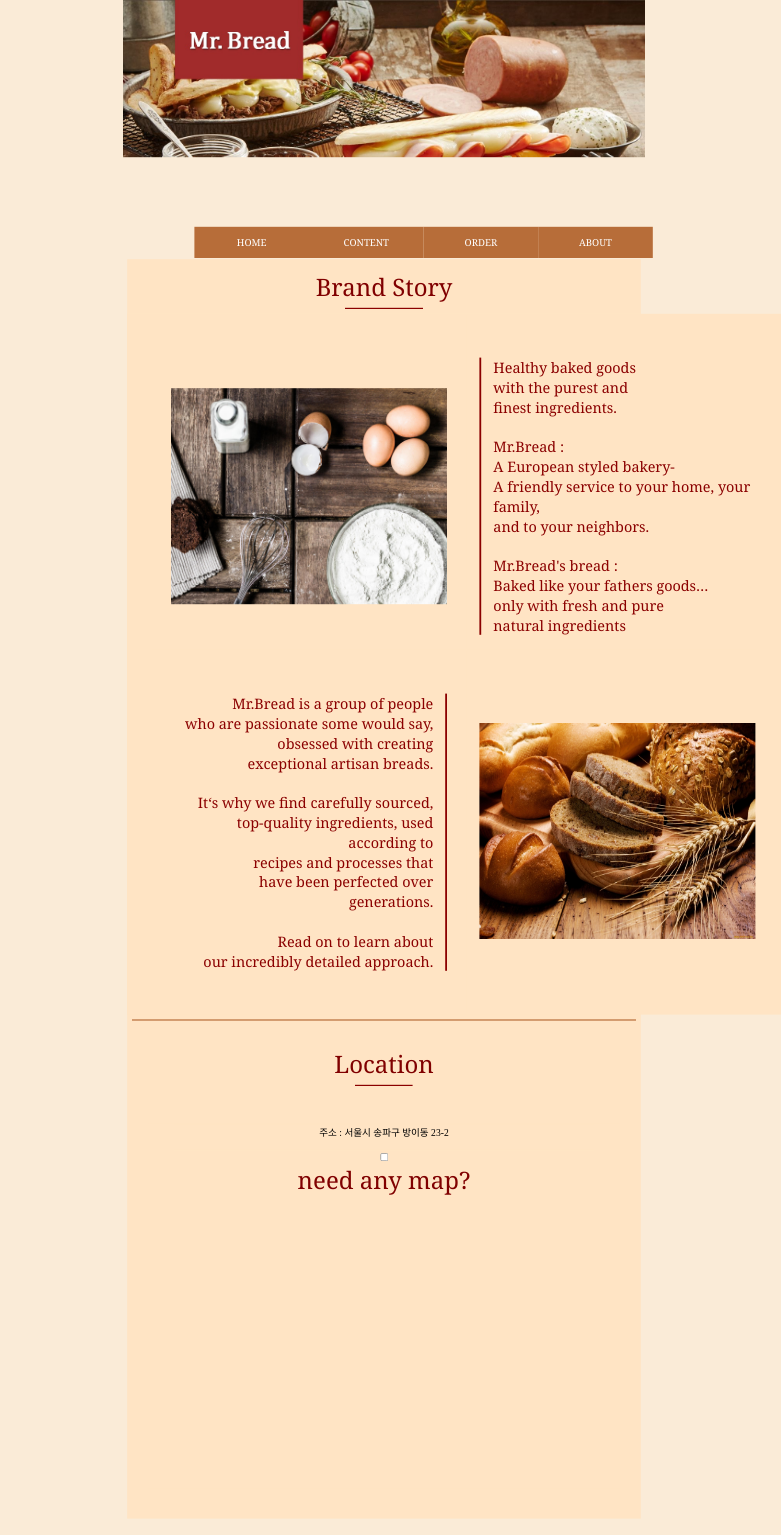
Repository: jihyyeshin/2017-2-WP-bread
Page: http://localhost/Bread/about.jsp
An editor plug-in stored every save of this project. The page is shown before and after the next save, followed by the edit.
The browser window is 1280 px wide. The page is 1302 px wide, so the pictures cover 1302 px, including what lies to the right of the window. The pictures show the whole page, at 60% of full size.
The page is served by Tomcat 9.

Above is the page before, as saved 2017-12-08 05:13:17.

After the next save:
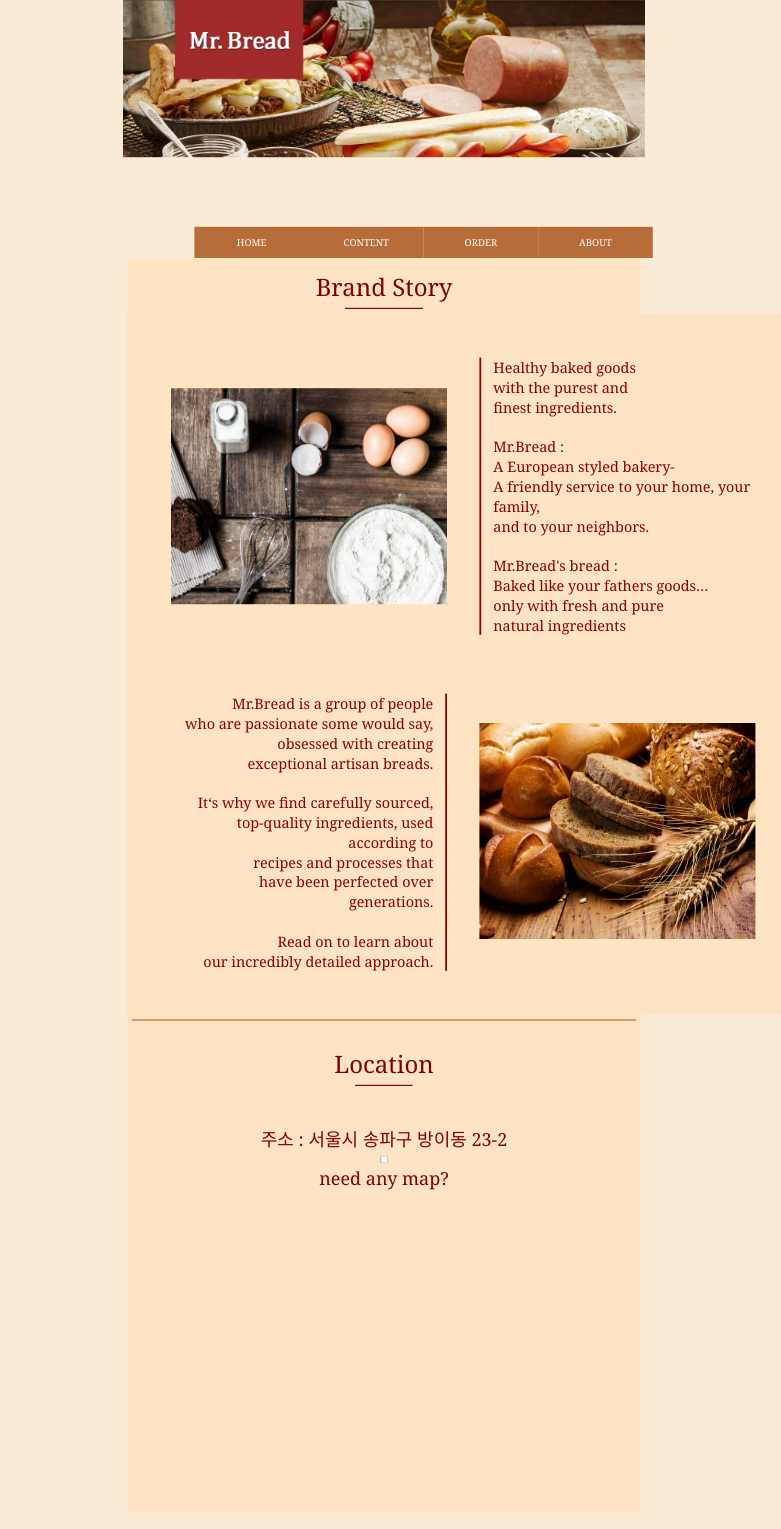
Saved 89 s later.
--- a/eclipse-workspace/Bread/WebContent/about.jsp
+++ b/eclipse-workspace/Bread/WebContent/about.jsp
@@ -8,13 +8,13 @@
 <title>Mr.Bread</title>
 
 <script language="javascript">
-      function changeMap() {
-        if(map.style.visibility == "visible")
-          map.style.visibility = "hidden";
-        else
-          map.style.visibility = "visible";
-      }
-    </script>
+	function changeMap() {
+		if (map.style.visibility == "visible")
+			map.style.visibility = "hidden";
+		else
+			map.style.visibility = "visible";
+	}
+</script>
 
 </head>
 
@@ -75,9 +75,9 @@
 			<table border="0" align="center" width="700">
 				<tr>
 					<td>
-						<p class="p1">
-						<center>주소 : 서울시 송파구 방이동 23-2</center>
-						</p>
+						<center>
+							<p class="p4">주소 : 서울시 송파구 방이동 23-2</p>
+						</center>
 					</td>
 				</tr>
 				<tr>
@@ -85,8 +85,9 @@
 						<center>
 							<input type="checkbox" name="ck" value="2" onclick="changeMap()" />
 							<center>
-								<p class="p1">need any map?</p>
+								<p class="p4">need any map?</p>
 							</center>
+
 							<div id="map">
 								<img src="map.jpg" width="700" height="480" />
 							</div>
--- a/eclipse-workspace/Bread/WebContent/style.css
+++ b/eclipse-workspace/Bread/WebContent/style.css
@@ -176,7 +176,7 @@
 	box-shadow: 0 12px 16px 0 rgba(0, 0, 0, 0.24), 0 17px 50px 0
 		rgba(0, 0, 0, 0.19);
 }
-/*login 글씨*/
+/*login 및 작은 글씨*/
 .p4 {
 	font-family: Cambria;
 	font-size: 30px;
